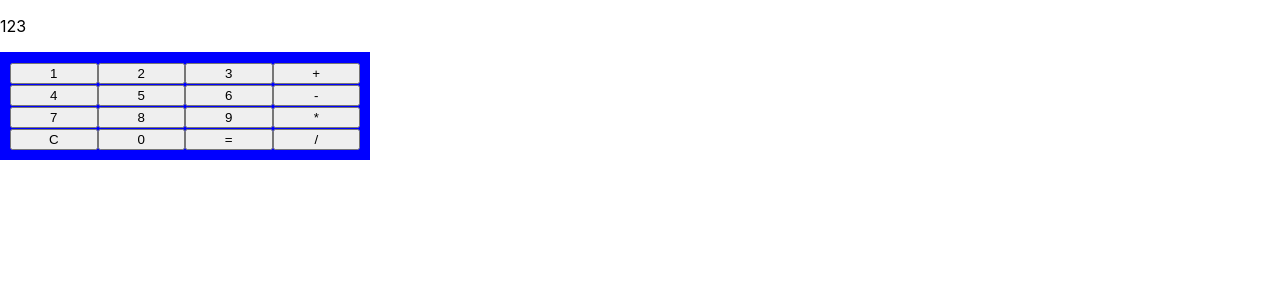
Repository: qudos4real/calculator
Page: /
An editor plug-in stored every save of this project. The page is shown before and after the next save, followed by the edit.
The browser window is 1280 px wide. The pictures show the whole page.
The project was rebuilt for these pictures with package versions that can differ from the ones it lists, and the page was loaded fresh each time.

Above is the page before, as saved 2022-10-09 02:48:33.

After the next save:
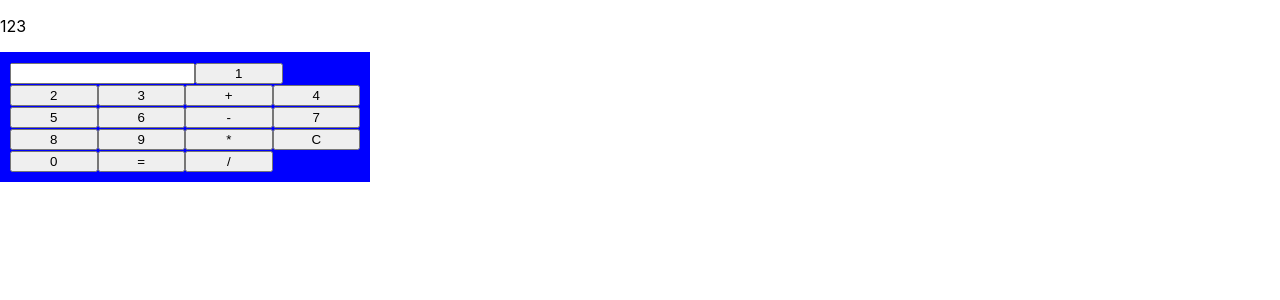
Saved 5 min 17 s later.
--- a/src/components/Buttons.js
+++ b/src/components/Buttons.js
@@ -1,5 +1,6 @@
 import React from "react";
 import "./Buttons.css";
+import { useState } from 'react'
 
 const numbers = [
   [1, 2, 3, "+"],
@@ -13,6 +14,7 @@
 function Buttons({ val, setVal }) {
   return (
     <div className="buttonWrapper">
+      <input type="text" className='screen' value={val}/>
       {numbers.flat().map((num) => {
         return (
           <button className="num" key={num} value={num} onClick={(e) => setVal(val + e.target.value)
